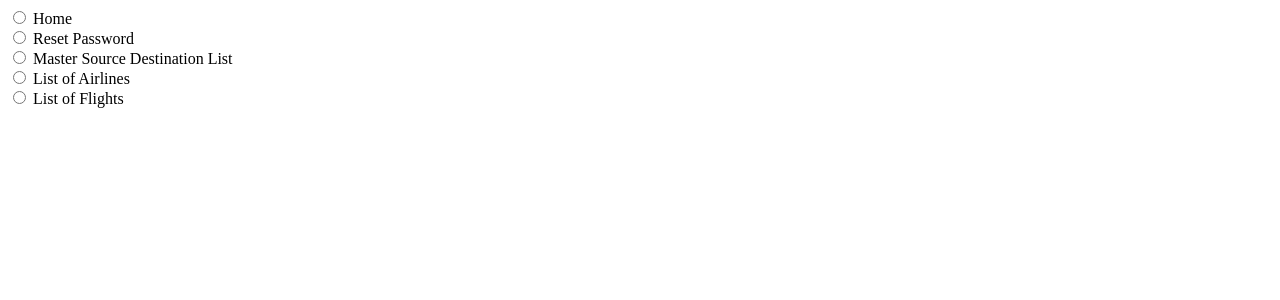
Repository: Shivani2392/FlyAwayProject
Page: http://localhost/FlightBookingPortal/WelcomeAdmin.jsp
These files come from the project's save history. The page is drawn as it stood at one moment and after the next save; the edit follows.
The browser window is 1280 px wide. The pictures show the whole page.
The page is served by Tomcat 9.

Above is the page before, as saved 2020-11-22 10:54:02.

After the next save:
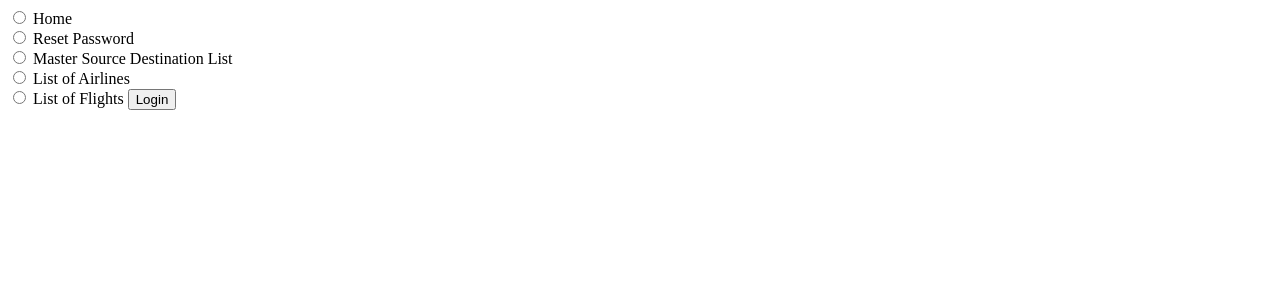
Saved 16 s later.
--- a/FlightBookingPortal/src/main/webapp/WelcomeAdmin.jsp
+++ b/FlightBookingPortal/src/main/webapp/WelcomeAdmin.jsp
@@ -67,7 +67,7 @@
                  id = "flights" />
           <label>List of Flights</label>
 
-
+          <button type="submit">Login</button>
    </form>
 
 
